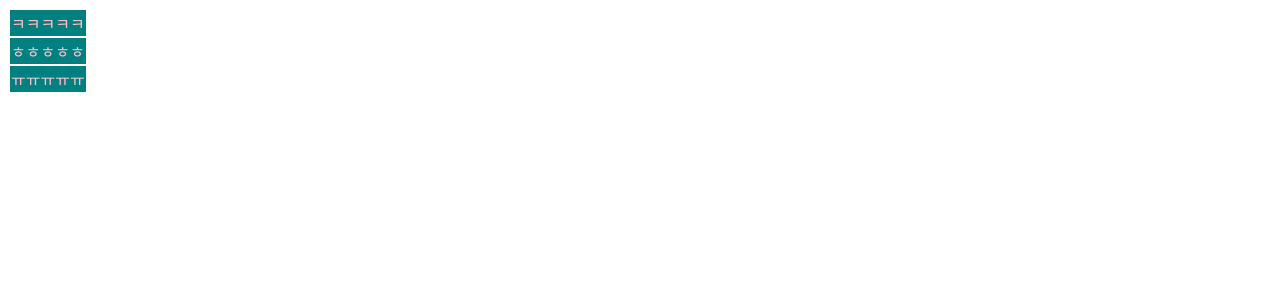
Repository: womss/sexyguy
Page: Spring/Feb13_1_jQuery/WebContent/5_Example.html
The author's editor kept a copy of each file at every save. The page is drawn from the files as they stood at one save, then again after the next save.
The browser window is 1280 px wide. The pictures show the whole page.

Above is the page before, as saved 2025-02-13 07:23:02.

After the next save:
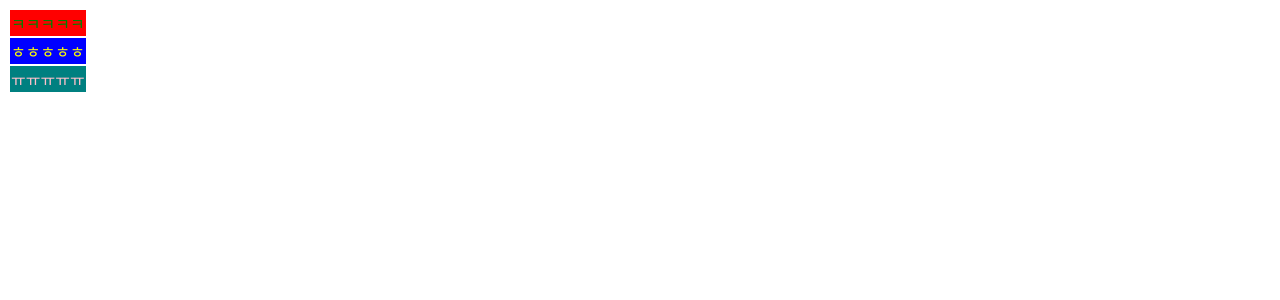
Saved 45 s later.
--- a/Spring/Feb13_1_jQuery/WebContent/5_Example.html
+++ b/Spring/Feb13_1_jQuery/WebContent/5_Example.html
@@ -18,15 +18,15 @@
 
 		$("td").each(function(i, t) {
 			$(t).css("color", arrobj[i].color);
-			$(t).css("background-color", "red");
+			$(t).css("background-color", arrobj[i].bgc);
 		});
 		$("td").each(function(i, t) {
-			$(t).css("color", "yellow");
-			$(t).css("background-color", "blue");
+			$(t).css("color", arrobj[i].color);
+			$(t).css("background-color", arrobj[i].bgc);
 		});
 		$("td").each(function(i, t) {
-			$(t).css("color", "pink");
-			$(t).css("background-color", "teal");
+			$(t).css("color", arrobj[i].color);
+			$(t).css("background-color", arrobj[i].bgc);
 		});
 
 	});
